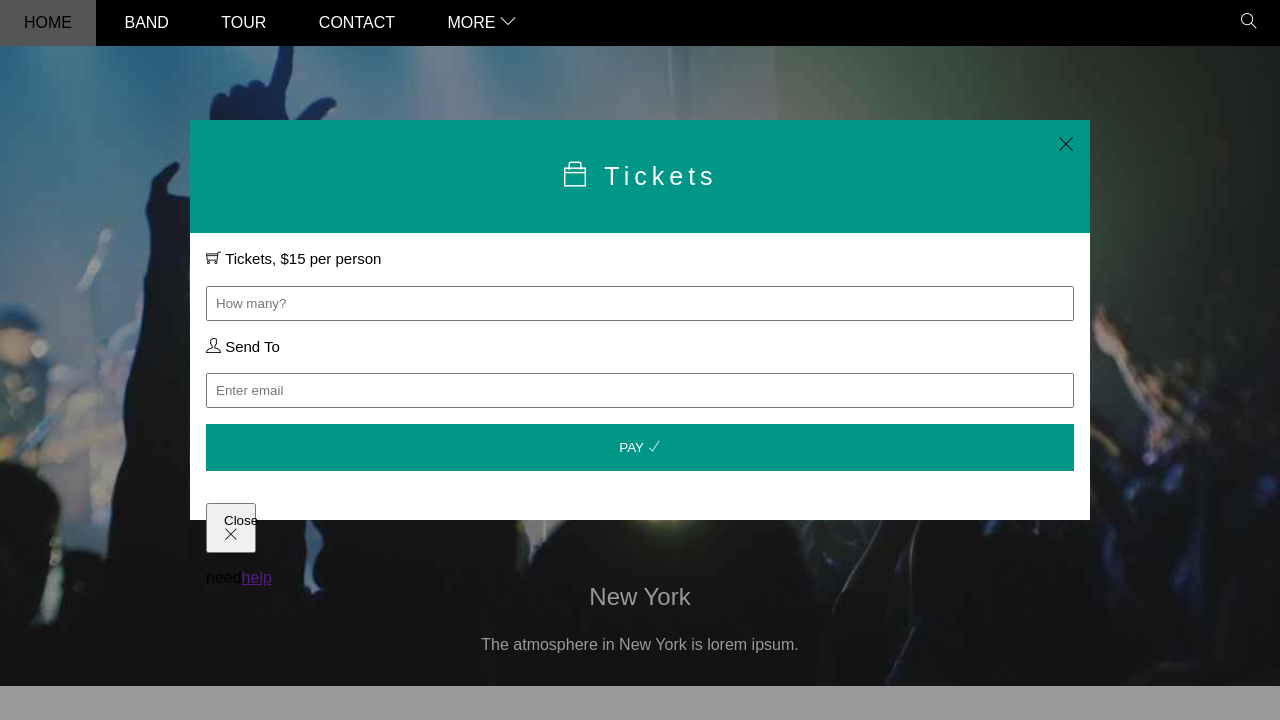
Repository: tung1233hhhhhhhhhhhhh/Website
Page: w3_band/index.html
These files come from the project's save history. The page is drawn as it stood at one moment and after the next save; the edit follows.
The browser window is 1280 px wide. The pictures show the window.
A layer covers the whole window, so only the first screen is drawn.

Above is the page before, as saved 2023-02-18 21:49:43.

After the next save:
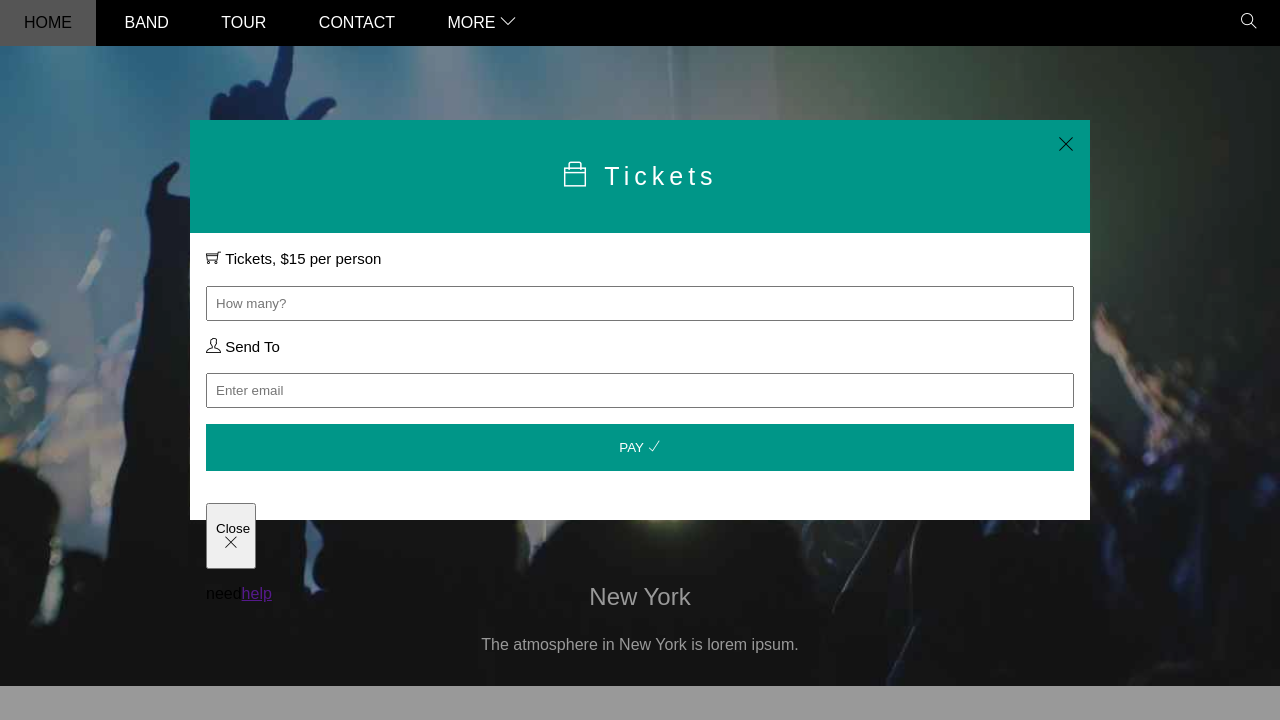
Saved 14 s later.
--- a/w3_band/assets/css/style.css
+++ b/w3_band/assets/css/style.css
@@ -454,5 +454,5 @@
     width: 50px;
     margin-top: 16px;
     margin-bottom: 16px;
-    padding: 8px 16px;
-}
+    padding: 16px 8px;
+}

After the save that followed:
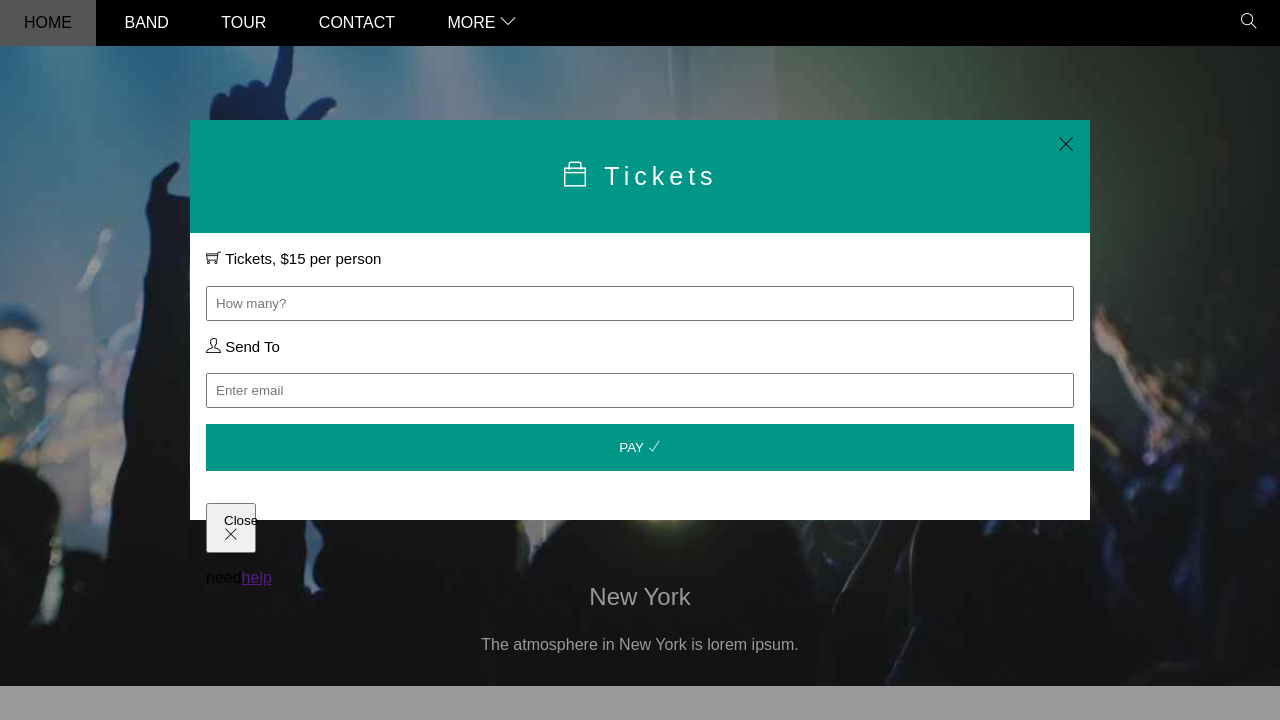
Saved 9 s later.
--- a/w3_band/assets/css/style.css
+++ b/w3_band/assets/css/style.css
@@ -454,5 +454,5 @@
     width: 50px;
     margin-top: 16px;
     margin-bottom: 16px;
-    padding: 16px 8px;
-}
+    padding: 8px 16px;
+}
